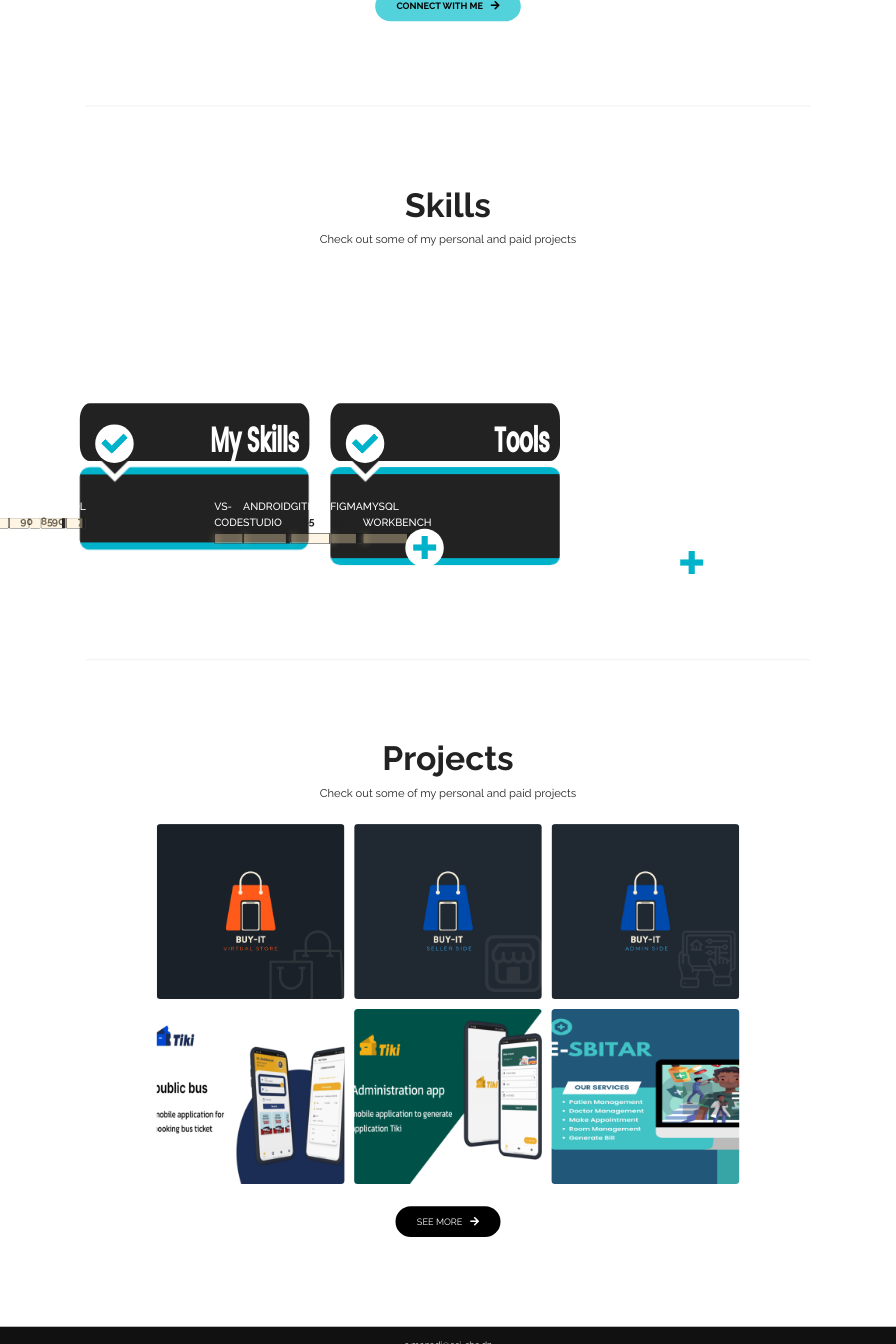
Repository: rahimmenadi/My-Website
Page: index.html
An editor plug-in stored every save of this project. The page is shown before and after a run of saves, followed by the edit.
The browser window is 1280 px wide. The pictures show the part of the page from y = 666 to 2586 px (the page is 2774 px tall before and 2750 px after), at 70% of full size.

Above is the page before, as saved 2023-06-22 03:10:00.

### index.html
<!DOCTYPE html>
<html lang="en">
  <head>
    <meta charset="UTF-8" />
    <meta http-equiv="X-UA-Compatible" content="IE=edge" />
    <meta name="viewport" content="width=device-width, initial-scale=1.0" />
    <title>Abderrahim website</title>
    <!-- Primary Meta Tags -->


    <!-- Open Graph / Facebook -->

    <!-- Twitter -->


    <!-- Link -->
    <link
      rel="apple-touch-icon"
      sizes="180x180"

    />
    <link
      rel="icon"

    />
    <link
      rel="icon"
    />
    <link
      rel="icon"

    />
    <link
      rel="icon"
      type="image/png"
      sizes="512x512"

    />
    <link rel="icon" type="image/x-icon" style="width: 10px;" href="assets/favicon/favicon.ico" />
    <link rel="manifest" href="assets/favicon/site.webmanifest" />
    <link
      rel="stylesheet"
      href="https://use.fontawesome.com/releases/v5.15.4/css/all.css"
      integrity="sha384-DyZ88mC6Up2uqS4h/KRgHuoeGwBcD4Ng9SiP4dIRy0EXTlnuz47vAwmeGwVChigm"
      crossorigin="anonymous"
    />
    <link rel="stylesheet" href="css/style.css" />
    <link rel="stylesheet" href="css/utilities.css" />
    <link rel="stylesheet" href="css/skills.css">
  </head>
  <body>
    <header id="hero">
      <!-- Navbar -->
      <nav class="navbar">
        <div class="container">
          <!-- Logo -->
          <h1 id="logo">
            <a href="index.html"
              ><img src="./assets/my-logo.png" alt="Your Logo"
            /></a>
          </h1>
          <!-- Navbar links -->
          <ul class="nav-menu">
            <li><a class="nav-link" href="#projects">PROJECTS</a></li>
            <li><a class="nav-link" href="#">CONTACT</a></li>
            <li><a class="nav-link" href="#">BlOG</a></li>
            <li>
              <a
                class="nav-link btn btn-primary"
                href="https://drive.google.com/file/d/1Vr3cuGUzEaZS90SvZUjXhywFSRYMYiCT/view?usp=drive_link"
                >RESUME <i class="fas fa-arrow-right"></i
              ></a>
            </li>

            <!-- Toggle switch -->
            <div class="theme-switch">
              <input type="checkbox" id="switch" />
              <label class="toggle-icons" for="switch">
                <img class="moon" src="assets/moon.svg" />
                <img class="sun" src="assets/sun.svg" />
              </label>
            </div>
            <!-- Hamburger menu -->
          </ul>
          <div class="hamburger">
            <span class="bar"></span>
            <span class="bar"></span>
            <span class="bar"></span>
          </div>
        </div>
      </nav>

      <section class="header-container">
        <img
          class="profile-image"
          src="assets/profile.jpg"
          alt=""
        />
        <h1>Hi I'm Abderrahim Menadi <span class="wave">👋</span></h1>

        <div class="content-text">
          <h2>About Me</h2>
          <h2>Junior Front-End Web Developer.</h2>

          <p>
            I’m a Frontend Developer with a strong understanding of Responsive Web Design
             and have demonstrated past work experience working in the frontend development industry.
          </p>
        </div>
        <a
                class="nav-link btn btn-primary"
                href="https://linktr.ee/abderrahimmeandi"
                >Connect With Me <i class="fas fa-arrow-right"></i
              ></a>





      </section>
    </header>
    <section id="projectsskills" class="project-container container">
      <div class="division"></div>
      <div class="content-text">
        <h2>Skills</h2>
        <p>Check out some of my personal and paid projects</p>
      </div>
 <article class="project">

        <!-- Project 1 -->
        <div class="content">
          <div class="profile-skills">
            <div>
              <input type="checkbox" id="sk1">
              <label for="sk1"></label>
              <ul class="skills skills1">
                <li class="sk-cms"><span>HTML</span></li>
                <li class="sk-dtb"><span>CSS</span></li>
                <li class="sk-dis"><span>JS</span></li>
                <li class="sk-pro"><span>Java</span></li>
                <li class="sk-ani"><span>SQL</span></li>
                <li class="more">
                  <input type="checkbox" id="more-con"><label for="more-con"></label>
                  <div><span>RWD</span><span>Animation</span><span>CHARTS</span><span>API</span><span>BE Linker</span><span>BDD</span></div>
                </li>
              </ul>
            </div>
            <div>
            <input type="checkbox" id="sk2">
            <label for="sk2"></label>
            <ul class="skills skills2">
              <li class="sk-gim"><span>VS-code</span></li>
              <li class="sk-not"><span>Android Studio</span></li>
              <li class="sk-wor"><span>Github</span></li>
              <li class="sk-tri"><span>figma</span></li>
              <li class="sk-ado"><span>MySQL Workbench</span></li>

              <li class="more">
                <input type="checkbox" id="more-pro"><label for="more-pro"></label>
                <div><span>GIT</span><span>Firebase</span><span>IntelliJ IDEA</span><span>Visual paradigm</span></div>
              </li>
            </ul>
            </div>

        </div>
      </article>


    </section>

    <!-- Projects -->
    <section id="projects" class="project-container container">
      <div class="division"></div>
      <div class="content-text">
        <h2>Projects</h2>
        <p>Check out some of my personal and paid projects</p>
      </div>

      <article class="project">
        <!-- Project 1 -->
        <div href="" class="card">
          <div class="project-info">
            <div class="project-bio">
              <h3>Buy-it</h3>
              <p>HTML, CSS, SASS, JS, Node-JS</p>
            </div>

            <div class="project-link">
              <a href="https://github.com/rahimmenadi/projectx" target="_blank"><i class="fab fa-github"></i></a>
              <a href="#" target="_blank"><i class="fas fa-globe"></i></a>
            </div>
          </div>
        </div>

        <!-- Project 2 -->
        <div href="" class="card">
          <div class="project-info">
            <div class="project-bio">
              <h3>Buy-it Seller Side</h3>
              <p>HTML, CSS, SASS, JS, Node-JS</p>
            </div>

            <div class="project-link">
              <a href="https://github.com/rahimmenadi/projectx" target="_blank"><i class="fab fa-github"></i></a>
              <a href="#" target="_blank"><i class="fas fa-globe"></i></a>
            </div>
          </div>
        </div>

        <!-- Porject 3 -->
        <div href="" class="card">
          <div class="project-info">
            <div class="project-bio">
              <h3>Buy-it Admin Side</h3>
              <p>HTML, CSS, SASS, JS, Node-JS</p>
            </div>

            <div class="project-link">
              <a href="https://github.com/rahimmenadi/projectx" target="_blank"><i class="fab fa-github"></i></a>
              <a href="#" target="_blank"><i class="fas fa-globe"></i></a>
            </div>
          </div>
        </div>

        <!-- Project 4 -->
        <div href="" class="card">
          <div class="project-info">
            <div class="project-bio">
              <h3>Tiki</h3>
              <p>Java,  Firebase</p>
            </div>

            <div class="project-link">
              <a href="https://github.com/rahimmenadi/Tiki" target="_blank"><i class="fab fa-github"></i></a>
              <a href="https://mega.nz/file/mu5gybiB#gw8IHSz2v9bFG0ZwwQFL_AMZv8WIdCRUhiW0hA_XVq8" target="_blank"><i class="fas fa-globe"></i></a>
            </div>
          </div>
        </div>

        <!-- Project 5 -->
        <div href="" class="card">
          <div class="project-info">
            <div class="project-bio">
              <h3>Tiki Admin</h3>
              <p>Java,  Firebase</p>
            </div>

            <div class="project-link">
              <a href="https://github.com/rahimmenadi/Tiki" target="_blank"><i class="fab fa-github"></i></a>
              <a href="https://mega.nz/file/K7xAAYyK#4BQzPwOJpC8L00cKX2bVBURrUfcqUJ3T-dvLVdOQe9E" target="_blank"><i class="fas fa-globe"></i></a>
            </div>
          </div>
        </div>

        <!-- Project 6 -->
        <div href="" class="card">
          <div class="project-info">
            <div class="project-bio">
              <h3>E-sbitar</h3>
              <p>JavaFX, CSS, SQL</p>
            </div>

            <div class="project-link">
              <a href="https://github.com/rahimmenadi/E-SBITAR" target="_blank"><i class="fab fa-github"></i></a>
              <a href="https://drive.google.com/drive/folders/1nvo8g8NKInz3Hvw1Pheuo8E3XhV_Ej0T?usp=drive_link" target="_blank"><i class="fas fa-globe"></i></a>
            </div>
          </div>
        </div>
      </article>

      <a href="https://github.com/rahimmenadi" class="btn btn-secondary"
        target="_blank" >See More <i class="fas fa-arrow-right"></i
      ></a>
    </section>

    <footer id="footer">
      <div class="container">
        <a href="mailto:a.menadi@esi-sba.dz">a.menadi@esi-sba.dz</a>
        <!-- Social links -->
        <div class="social">

          <a href="https://www.linkedin.com/in/abderrahim-menadi/" target="_blank"
            ><img src="./assets/linkedin-icon.svg" alt="Linkedin"
          /></a>
          <a href="https://github.com/rahimmenadi" target="_blank"><img src="./assets/github-icon.svg" alt="GitHub" /></a>

        </div>
        <!-- Attribution -->
        <div class="attribution">

            <img
              src="/assets/my-logo.png"
              alt="attribution"
              width="80px"

            />

        </div>
        <p>Copyright &copy; Abderrahim-Menadi <span id="datee"></span>, All rights reserved</p>
      </div>
    </footer>
    <script src="js/script.js"></script>
  </body>
</html>

### css/style.css
/* This is the required project styling. Will contain essential CSS styles like:
   * Flex property
   * Grid layout
   * Cards and sections
*/

@import url(https://fonts.googleapis.com/css?family=Raleway:100,200,300,regular,500,600,700,800,900,100italic,200italic,300italic,italic,500italic,600italic,700italic,800italic,900italic);

/* variables */
:root {
  /* Colors */
  --primary-color: #53D2DC  ;
  --secondary-color: #FFE3B3  ;
  --bg-primary: #ffffff;
  --text-color: #222222;
  --text-color-two: #ffffff;
  --bg-secondary: #000000;
  --card-background: #f4f4f4;
  --bg-secondary-two: #111111;

  --shadow: 0 10px 40px rgba(0, 0, 0, 0.2);

  /* Font Weight */
  --weight-small: 400;
  --weight-semibold: 600;
  --weight-bold: 800;

  /* Max width */
  --width-small: 600px;
  --width-medium: 1100px;
  --width-large: 1300px;
}

[data-theme="dark"] {
  --primary-color: #53D2DC  ;
  --secondary-color: #FFE3B3  ;
  --bg-primary: #000000;
  --text-color: #ffffff;
  --text-color-two: #222222;
  --bg-secondary: #ffffff;
  --card-background: #111111;
  --bg-secondary-two: #f4f4f4;
  --shadow: 0 2px 10px rgba(95, 95, 95, 0.2);
}

html {
  font-size: 100%;
  scroll-behavior: smooth;
}

/* Reset default styling */
* {
  margin: 0;
  padding: 0;
  box-sizing: border-box;
}

ul {
  list-style: none;
}

a {
  text-decoration: none;
  color: var(--text-color);
}

/* Main styling */
body {
  background: var(--bg-primary);
  color: var(--text-color);
  font-family: "Raleway", sans-serif;
  line-height: 1.5;
}

/* Navbar */
.navbar {
  position: fixed;
  top: 0;
  left: 0;
  right: 0;
  z-index: 20;
  background: var(--bg-primary);
}

.navbar .container {
  display: flex;
  align-items: center;
  justify-content: space-between;
  z-index: 20;
  height: 80px;
  width: 100%;
}

.navbar .nav-menu {
  display: flex;
  align-items: center;
  background: var(--bg-primary);
}

.navbar .nav-link {
  margin: 0 1rem;
  font-size: 0.8rem;
  font-weight: var(--weight-semibold);
}

.navbar #logo img {
  display: block;
  width: 180px;
  margin-top: 60px;
}

.navbar .btn {
  margin-right: 1.5rem;
}

.fas.fa-arrow-right {
  margin-left: 0.5rem;
  font-size: 0.9rem;
}

/* hamburger */
.hamburger {
  margin-bottom: 0.1rem;
  display: none;
}

.bar {
  display: block;
  width: 23px;
  height: 3px;
  margin: 4px auto;
  transition: all 0.3s ease-in-out;
  border-radius: 30px;
  background-color: var(--bg-secondary);
}

/* Hero section */
#hero {
  display: flex;
  flex-direction: column;
  height: 100%;
}

.profile-image {
  width: 190px;
  border-radius: 30%;
  animation: bounce 1s infinite alternate;
}

@keyframes bounce {
  from {
    transform: translateY(0px);
  }

  to {
    transform: translateY(-12px);
  }
}

.division {
  width: 100%;
  height: 2px;
  background-color: var(--card-background);
  margin: 5.5rem 0;
}
/* Projects */

#projects {
  display: flex;
  flex-direction: column;
  margin: 2rem auto 5rem;

}

#projects .btn {
  align-self: center;
  margin: 2rem 0;
}

.project {
  display: grid;
  grid-template-columns: repeat(3, 1fr);
  grid-auto-rows: minmax(250px, auto);
  grid-gap: 0.9rem;
}

.card .project-bio p {
  font-size: 0.83rem;
}

.card .project-bio h3 {
  font-size: 0.9rem;
}

.project-info {
  display: flex;
  justify-content: space-between;
  opacity: 0;
  position: relative;
  transition: 0.5s ease-in-out;
}

.project-bio {
  display: flex;
  flex-direction: column;
  justify-content: flex-end;
  position: relative;
  top: 160px;
  left: 10px;
}

/* Footer */
#footer {
  background: #111111;
}

#footer .container {
  display: flex;
  flex-direction: column;
  align-items: center;
  justify-content: center;
  color: #ffffff;
  min-height: 160px;
  text-align: center;
}

#footer a {
  font-size: 0.8rem;
  color: #fff;
}

#footer a:hover {
  opacity: 0.6;
}

#footer .social {
  margin: 0.9rem 0;
}

#footer .social img {
  width: 20px;
  height: 20px;
}

#footer .social a {
  margin: 0 0.5rem;
}

#footer p {
  font-size: 0.8rem;
}

/* Responsiveness */

@media (max-width: 1000px) {
  .project {
    display: grid;
    grid-template-columns: repeat(2, 1fr);
  }

  .content{
    margin-top: 100px;
    align-items: center;
  }


}

@media (max-width: 768px) {
  #projectsskills{
    margin-bottom: 460px;

  }

}

@media (max-width: 670px) {
  .navbar .nav-menu {
    position: fixed;
    right: -100vw;
    top: 4.5rem;
    flex-direction: column;
    width: calc(80% - 10px);
    transition: 0.3s;
    box-shadow: var(--shadow);
    padding: 2rem;
    border-radius: 5px;
    align-items: flex-start;
  }

  .navbar .btn {
    margin: 0;
    margin-top: 1rem;
  }

  .nav-menu.active {
    right: 20px;
  }

  .nav-menu .nav-link {
    font-size: 0.9rem;
    margin: 0 0.2rem;
  }

  .nav-menu li {
    margin-bottom: 0.5rem;
    width: 100%;
  }

  .nav-menu .btn {
    width: 100%;
    text-align: center;
    margin-top: 0.5rem;
  }

  .hamburger {
    display: block;
    cursor: pointer;
    padding: 0.2rem 0.4rem;
  }

  .hamburger.active {
    border: 1px dotted gray;
  }

  .hamburger.active .bar:nth-child(2) {
    opacity: 0;
  }

  .hamburger.active .bar:nth-child(1) {
    transform: translateY(6px) rotate(45deg);
  }

  .hamburger.active .bar:nth-child(3) {
    transform: translateY(-8px) rotate(-45deg);
  }
}

@media (max-width: 600px) {
  .project {
    display: grid;
    grid-template-columns: 1fr;
  }
  #projectsskills{
    margin-bottom: 500px;

  }

  .header-container .btn {
    border-radius: 5px;
    width: 80%;
  }
}
.wave {
  animation-name: wave-animation;  /* Refers to the name of your @keyframes element below */
  animation-duration: 1.5s;        /* Change to speed up or slow down */
  animation-iteration-count: infinite;  /* Never stop waving :) */
  transform-origin: 70% 70%;       /* Pivot around the bottom-left palm */
  display: inline-block;
}

@keyframes wave-animation {
    0% { transform: rotate( 0.0deg) }
   10% { transform: rotate(14.0deg) }  /* The following five values can be played with to make the waving more or less extreme */
   20% { transform: rotate(-8.0deg) }
   30% { transform: rotate(14.0deg) }
   40% { transform: rotate(-4.0deg) }
   50% { transform: rotate(10.0deg) }
   60% { transform: rotate( 0.0deg) }  /* Reset for the last half to pause */
  100% { transform: rotate( 0.0deg) }
}
.project-container {
  display: flex;
  justify-content: center;
  align-items: center;
  flex-direction: column;
}

.content {
  display: flex;
  justify-content: center;
}

.profile-skills {
  display: flex;
}

.skills {
  list-style-type: none;
  padding: 0;
  display: flex;
  justify-content: center;
}

.skills li {
  margin-right: 10px;
}

.more {
  display: flex;
  align-items: center;
  margin-top: 10px;
}

.more div {
  display: flex;
  justify-content: center;
}

### css/utilities.css
/* ?This is where reusable styling of this template will be.
   !Will contain things like:
   * Button styling
   * Background color styling
   * padding and margin
*/

.container {
  max-width: var(--width-medium);
  margin: 0 auto;
  padding: 1rem 2rem;
}

h1::selection,
h2::selection {
  color: #111;
  background: var(--primary-color);
}

/* Buttons */
.btn {
  display: inline-block;
  padding: 0.75rem 1.9rem;
  border-radius: 30px;
  text-transform: uppercase;
  font-size: 0.82rem;
  transition: 0.3s;
}


.btn-primary {
  background: var(--primary-color);
  color: #000000;
  font-weight:700 ;
}

.btn-secondary {
  margin: 5px 0;
  background-color: var(--bg-secondary);
  color: var(--bg-primary);
}

/* add hover to resume button */
.btn-primary:hover {
  background: var(--secondary-color);
}


/* Dark mode toggle */
#switch {
  display: none;
}

.toggle-icons {
  display: flex;
  justify-content: space-between;
  align-items: center;
  cursor: pointer;
}

.toggle-icons > img {
  transition: 0.6s cubic-bezier(0.23, 1, 0.32, 1);
  width: 30px;
}

.moon {
  transform: rotate(10deg);
}

#switch:checked + .toggle-icons .moon {
  transform: rotate(250deg);
}

#switch:checked + .toggle-icons .sun {
  transform: rotate(100deg);
}

/* Header Container */
.header-container {
  display: flex;
  flex-direction: column;
  align-items: center;
  justify-content: center;
  margin-top: 8rem;
  padding: 1rem;
}

.header-container > div {
  margin-top: 1rem;
}

.content-text {
  text-align: center;
  margin: 1.5rem 0;
}

.content-text h2 {
  font-size: 3rem;
  line-height: 1.2;
  transition: 0.2s ease-in-out;
}

.content-text p {
  padding: 0.5rem;
  margin: 0 auto;
  max-width: 700px;
}

/* Project cards */
.card {
  padding: 1rem;
  background: var(--card-background);
  color: #ffffff;
  border-radius: 5px;
  transition: 0.4s ease-in-out;
  cursor: pointer;
}

.card a {
  color: #ffffff;
  transition: 0.25s ease-in-out;
  font-size: 1.1rem;
  margin-right: 0.3rem;
}

.card a:hover {
  color: var(--primary-color);
}

.card:hover {
  box-shadow: inset 0 100px 1000px 10px rgba(0, 0, 0, 0.8);
}

.card:hover .project-info {
  opacity: 1;
}

/* Project Images */

/* project 1 */
.card:nth-child(1) {

  background: url(../assets/project/buy-it.png) center center/cover;
}

/* Project 2 */
.card:nth-child(2) {
  background: url(../assets/project/seller-it.png) center center/cover;
}

/* Project 3 */
.card:nth-child(3) {
  background: url(../assets/project/admin-it.png) center center/cover

}

/* Project 4 */
.card:nth-child(4) {
  background: url(../assets/project/tkiii.png) center center/cover;
}

/* Project 5 */
.card:nth-child(5) {
  background: url(../assets/project/tiki-admin3.png) center center/cover;
}

/* Project 6 */
.card:nth-child(6) {
  background: url(../assets/project/e-sbitar.png) center center/cover;
}

/* Media Queries */
@media (max-width: 768px) {
  .header-container {
    margin-top: 7rem;
    text-align: center;
  }

  .content-text h2 {
    font-size: 2.5rem;
  }
}

Loaded but not shown: js/script.js (67 lines, source omitted); css/skills.css (573 lines, source omitted)

After the next 3 saves:
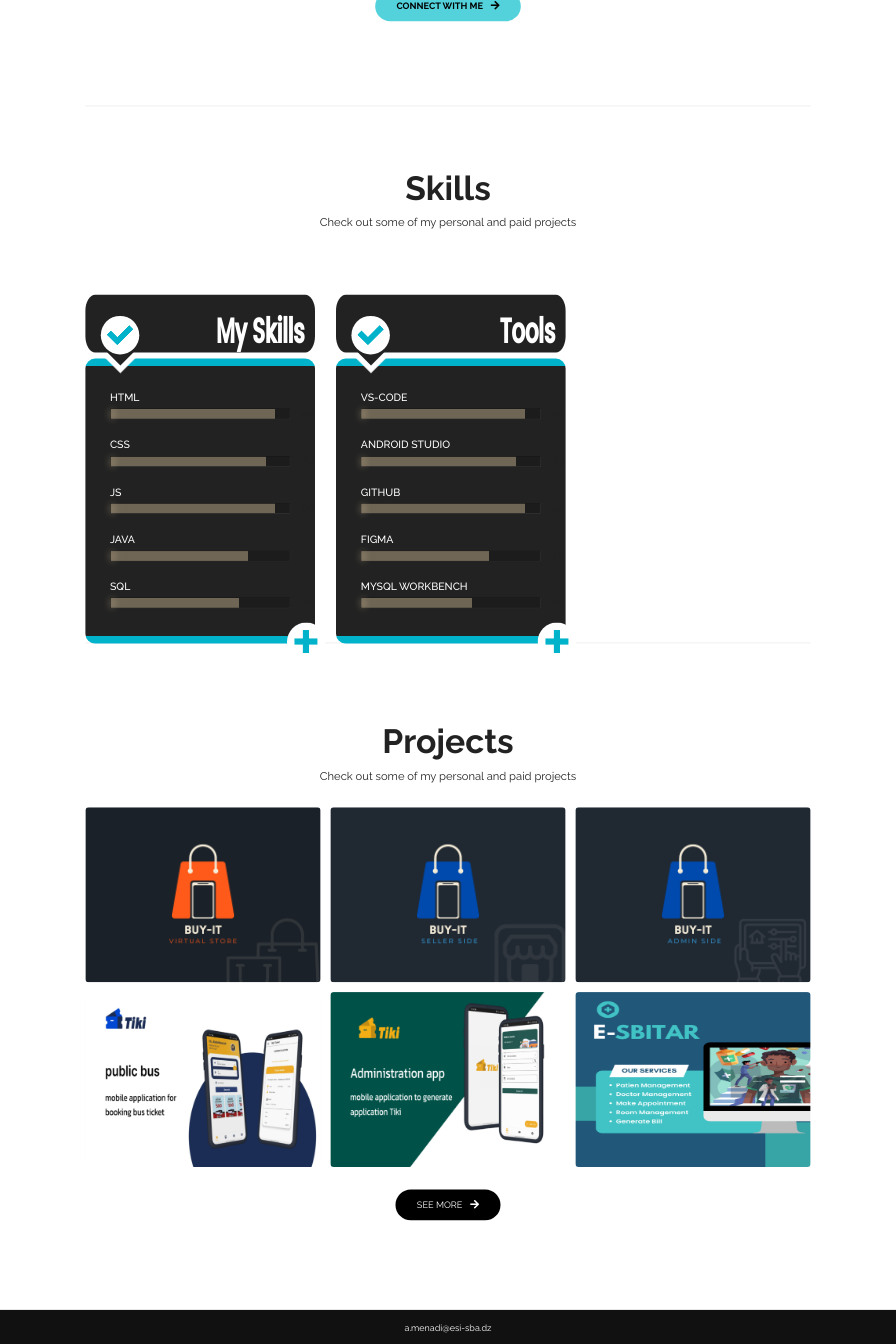
The 3 saves are shown as one change because they came seconds apart.
The last was saved 62 s later.
--- a/css/style.css
+++ b/css/style.css
@@ -369,40 +369,3 @@ body {
    60% { transform: rotate( 0.0deg) }  /* Reset for the last half to pause */
   100% { transform: rotate( 0.0deg) }
 }
-.project-container {
-  display: flex;
-  justify-content: center;
-  align-items: center;
-  flex-direction: column;
-}
-
-.content {
-  display: flex;
-  justify-content: center;
-}
-
-.profile-skills {
-  display: flex;
-}
-
-.skills {
-  list-style-type: none;
-  padding: 0;
-  display: flex;
-  justify-content: center;
-}
-
-.skills li {
-  margin-right: 10px;
-}
-
-.more {
-  display: flex;
-  align-items: center;
-  margin-top: 10px;
-}
-
-.more div {
-  display: flex;
-  justify-content: center;
-}
